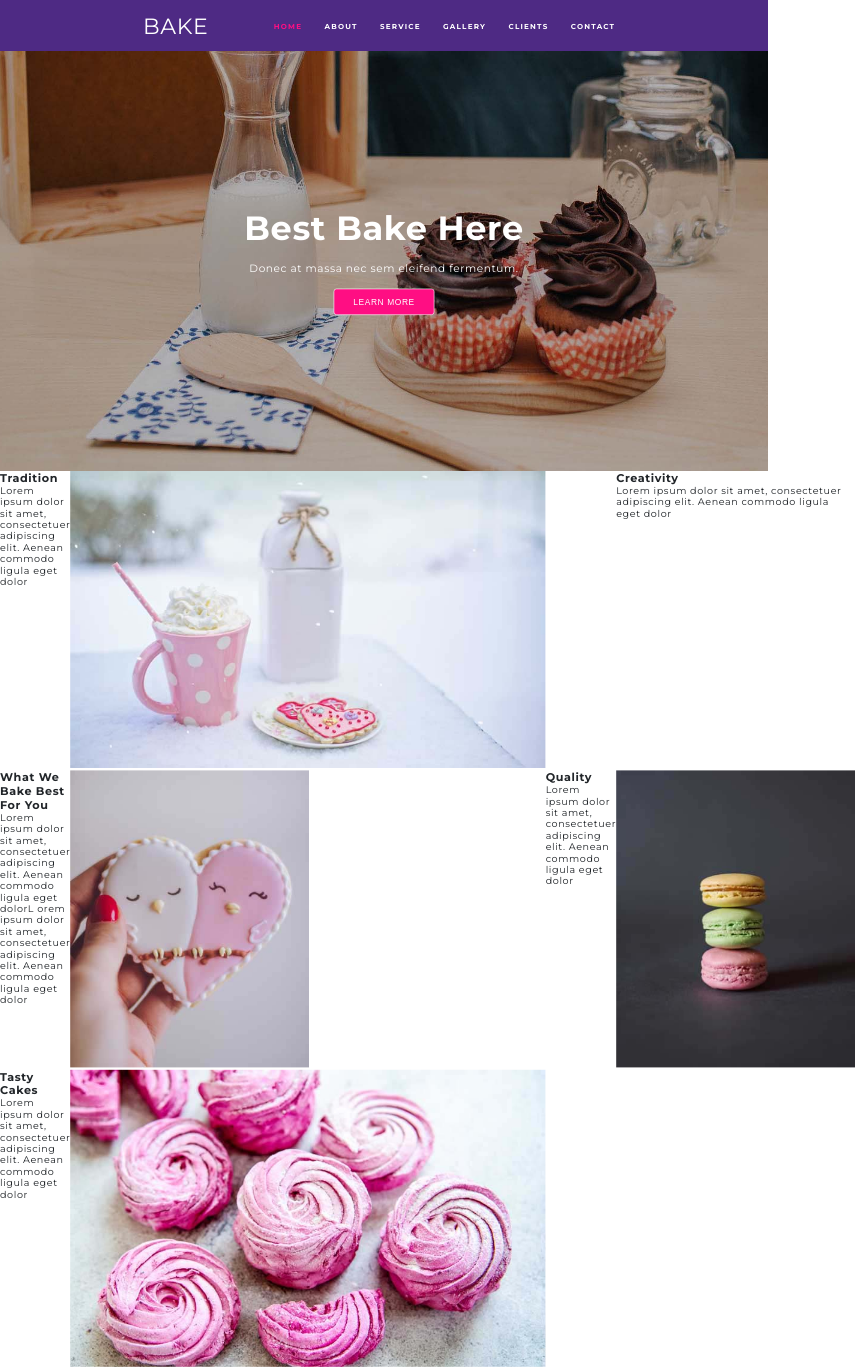
Repository: ducdatit2002/bake-cake
Page: index.html
The author's editor kept a copy of each file at every save. The page is drawn from the files as they stood at one save, then again after a run of saves.
The browser window is 1280 px wide. The page is 1425 px wide, so the pictures cover 1425 px, including what lies to the right of the window. The pictures show the whole page, at 60% of full size.

Above is the page before, as saved 2023-07-13 12:25:31.

### index.html
<!DOCTYPE html>
<html lang="en">
<head>
    <meta charset="UTF-8">
    <meta name="viewport" content="width=device-width, initial-scale=1.0">
    <title>BAKE</title>
    <!-- FONT ICON -->
    <link rel="stylesheet" href="https://cdnjs.cloudflare.com/ajax/libs/font-awesome/6.4.0/css/all.min.css"
        integrity="sha512-iecdLmaskl7CVkqkXNQ/ZH/XLlvWZOJyj7Yy7tcenmpD1ypASozpmT/E0iPtmFIB46ZmdtAc9eNBvH0H/ZpiBw=="
        crossorigin="anonymous" referrerpolicy="no-referrer" />
    <!-- FONT GOOGLE -->
    <link rel="preconnect" href="https://fonts.googleapis.com">
    <link rel="preconnect" href="https://fonts.gstatic.com" crossorigin>
    <link href="https://fonts.googleapis.com/css2?family=Montserrat:wght@300;400;700&display=swap" rel="stylesheet">
    <!-- MAIN CSS -->
    <link rel="stylesheet" href="./index.css">

</head>
<body>
    <!-- HEADER -->
    <header>
        <div class="header__content">
            <p>BAKE</p>
            <nav>
                <ul>
                    <li class="active"><a href="#">HOME</a></li>
                    <li><a href="#">ABOUT</a></li>
                    <li><a href="#">SERVICE</a></li>
                    <li><a href="#">GALLERY</a></li>
                    <li><a href="#">CLIENTS</a></li>
                    <li><a href="#">CONTACT</a></li>
                </ul>
            </nav>
        </div>
    </header>
    <!-- CAROUSEL -->
    <section class="carousel">
        <div class="carousel__content">
            <h1>Best Bake Here</h1>
            <p>Donec at massa nec sem eleifend fermentum.</p>
            <button>LEARN MORE</button>
        </div>
    </section>
    <!-- INTRO -->
    <section class="intro">
        <div class="intro__item">
            <div>
                <h3>Tradition</h3>
                <p>Lorem ipsum dolor sit amet, consectetuer adipiscing elit. Aenean commodo ligula eget dolor</p>
            </div>
        </div>
        <div class="intro__item intro__ab1">
            <img src="./img/ab1.jpg" alt="intro 1">
        </div>
        <div class="intro__item">
            <div>
                <h3>Creativity</h3>
                <p>Lorem ipsum dolor sit amet, consectetuer adipiscing elit. Aenean commodo ligula eget dolor</p>
            </div>
        </div>
        <div class="intro__item intro__bake">
            <div>
                <h3>What We Bake Best For You</h3>
                <p>Lorem ipsum dolor sit amet, consectetuer adipiscing elit. Aenean commodo ligula eget dolorL orem ipsum dolor sit amet,
                consectetuer adipiscing elit. Aenean commodo ligula eget dolor</p>
            </div>
        </div>
        <div class="intro__item">
            <img src="./img/ab2.jpg" alt="intro 2">
        </div>
        <div class="intro__item">
            <div>
                <h3>Quality</h3>
                <p>Lorem ipsum dolor sit amet, consectetuer adipiscing elit. Aenean commodo ligula eget dolor</p>
            </div>
        </div>
        <div class="intro__item">
            <img src="./img/ab3.jpg" alt="intro 3">
        </div>
        <div class="intro__item">
            <div>
                <h3>Tasty Cakes</h3>
                <p>Lorem ipsum dolor sit amet, consectetuer adipiscing elit. Aenean commodo ligula eget dolor</p>
            </div>
        </div>
        <div class="intro__item">
            <img src="./img/ab4.jpg" alt="intro 4">
        </div>
    </section>
    <!-- NUMBER -->
    <section class="number"></section>
    <!-- SERVICES -->
    <section class="services"></section>
    <!-- GALLERY -->
    <section class="gallery"></section>
    <!-- TEAM MEMBER -->
    <section class="team"></section>
    <!-- FEEDBACK -->
    <section class="feedback"></section>
    <!-- CONTACT -->
    <section class="contact"></section>
    <!-- FOOTER -->
    <footer></footer>
</body>
</html>

### index.css
/* GLOBAL */
*{
    margin: 0;
    padding: 0;
    box-sizing: border-box;
}
html{
    font-size: 16px;
    /* 1 rem = 18px */
    /* Không khai báo thì 1 rem là 16px */

}
body {
    font-family: 'Montserrat', sans-serif;
    color: #212529;
    background-color: #fff;
    letter-spacing: 1px;
}
button {
    background-color: #ff0e83;
    border: 1px solid white;
    color: white;
    padding: 13px 32px;
    font-size: 0.875rem;
    border-radius: 5px;
    cursor: pointer;
    letter-spacing: 1px;
    transition: all 0.5s;
}
button:hover {
    background-color: white;
    color: black;
    border-color: #ff0e83;

}
/* HEADER */
header {
    background-color: #4e2a84;
    padding: 20px 0;
}
.header__content {
    width: 70%;
    margin: 0 auto;
    display: flex;
    justify-content: space-around;
    align-items: center;
}
.header__content ul {
    list-style: none;
}
.header__content ul a {
    text-decoration: none;
    color: white;
    font-weight: 700;
    font-size: 0.75rem;
    letter-spacing: 2px;
    /* transition-property: all;
    transition-duration: 1s;
    transition-delay: 0s;
    transition-timing-function: linear; */
    transition: all 1s;
}
.header__content ul a:hover {
    color: #ff0e83;
}
.header__content ul li {
    display: inline;
    margin: 0 1rem;
}
.header__content p {
    color: white;
    font-size: 2.3rem;
    /* 2.3 rem ~ 37px */
}
.header__content ul .active a {
    color: #ff0e83;
}

/* CAROUSEL */
.carousel{
    background-image: url(./img/b3.jpg);
    height: 700px;
    background-size: cover;
    background-position: center;
    color: white;
    text-align: center;
    display: flex;
    justify-content: center;
    align-items: center;
}
.carousel__content h1 {
    font-size: 3.5rem;
}
.carousel__content p {
    font-size: 1.1rem;
    padding: 23px 0;
}
/* INTRO */
.intro {
    display: grid;
    /* grid-template-columns: 25% 25% 25% 25%; */
    /* grid-template-columns: repeat(4, 25%); */
    /* fr: phân số */
    grid-template-columns: repeat(4,1fr);
}
.intro__ab1 {
    /* số line bắt đầu */
    /* số line kết thúc */
    /* số cột mà item chiếm */
    /* grid-column:2 / 4; */
    grid-column: 2/ span 2;
}
.intro__bake {
    /* grid-column: 1 / 3; */
    grid-column: 1 span 2;
}

After the next 3 saves:
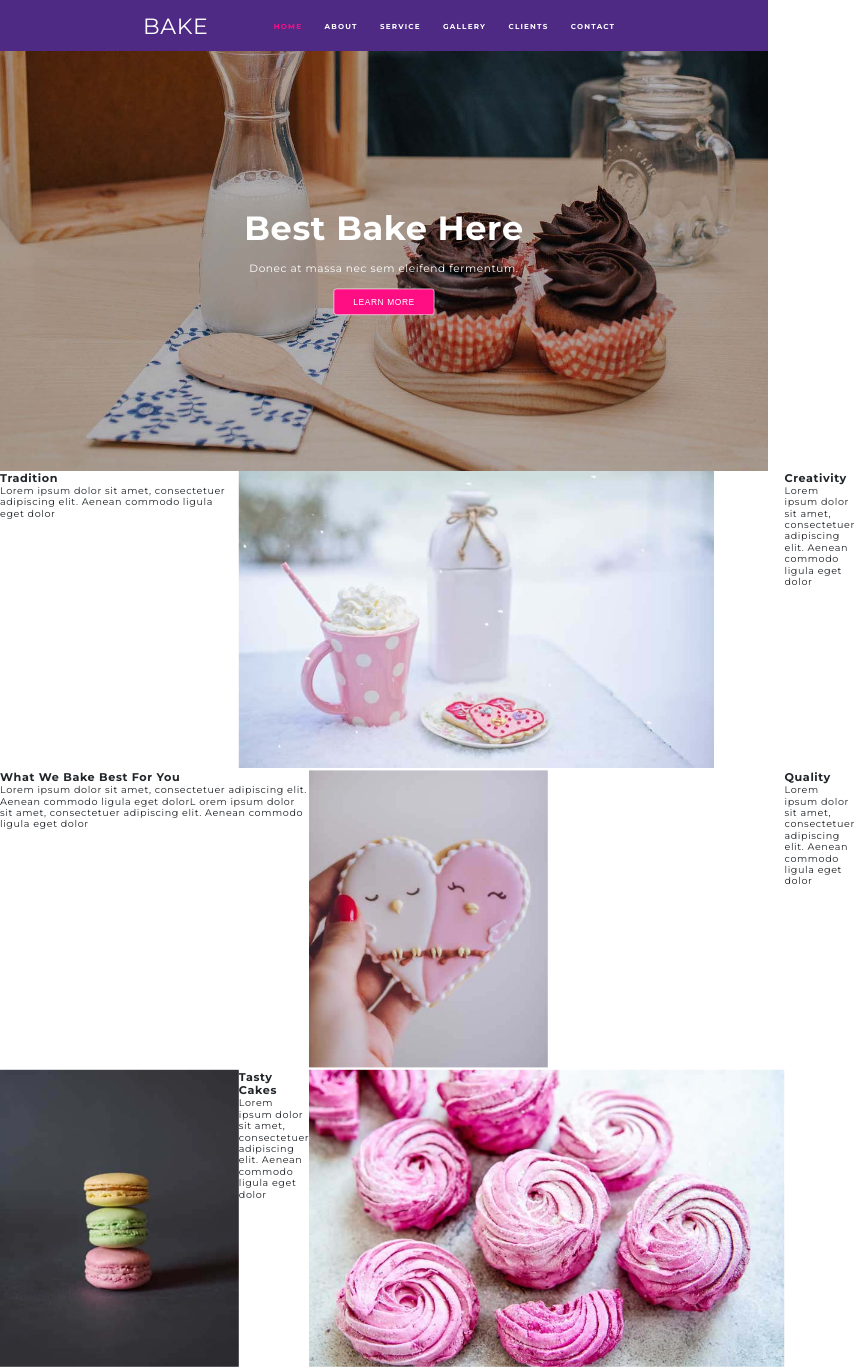
The 3 saves are shown as one change because they came seconds apart.
The last was saved 45 s later.
--- a/index.css
+++ b/index.css
@@ -112,5 +112,5 @@ header {
 }
 .intro__bake {
     /* grid-column: 1 / 3; */
-    grid-column: 1 span 2;
+    grid-column: 1 /span 2;
 }
